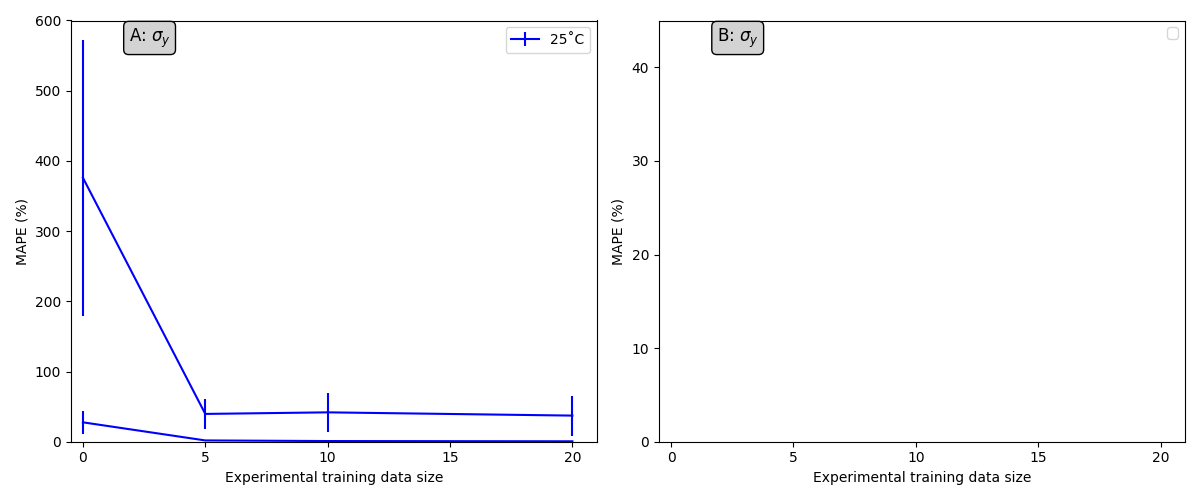
Repository: JoeSpencer1/NN_TiAlTa
Script's output: python src/figures.py
An editor plug-in stored every save of this project. The script's output is shown before and after the next save, followed by the edit.
Random numbers start from a fixed seed.

Above is the script's output before, as saved 2024-01-16 14:05:17.

### src/figures.py
import matplotlib.pyplot as plt
import numpy as np
import pandas as pd

'''
n = [1, 2, 3, 4, 5, 10, 20]
n1 = n
# 25˚C
Ti25E = [18.619205, 6.8593493, 6.0983825, 6.091887, 5.298505, 5.2244196, 3.6239312]
εTi25E = [1.6743975, 2.5646875, 1.9379541, 1.4813129, 1.9537387, 1.9212662, 2.01604]
Ti25σ = [34.068943, 18.617916, 43.272, 23.271488, 21.895184, 19.204937, 34.49958]
εTi25σ = [24.325975, 18.127224, 33.714092, 22.803173, 17.10482, 17.321714, 36.6192]
# 250˚C
Ti250E = [70.95709, 7.5985556, 8.114405, 1.6784289, 2.1151547, 1.8030748, 1.7651669]
εTi250E = [31.052818, 10.786752, 13.492649, 1.3040054, 1.0622171, 1.1414853, 1.182222]
Ti250σ = [261.21823, 25.825928, 49.60928, 17.916042, 17.266216, 16.254345, 47.430775]
εTi250σ = [270.2345, 23.495884, 65.91791, 15.266485, 21.114838, 16.953184, 59.20635]
# 500˚C/250˚C
Ti500E = [46.683464, 38.522774, 24.701038, 22.080563, 22.1474, 21.659185, 16.620623]
εTi500E = [6.765701, 10.513843, 11.301726, 10.384357, 9.72246, 11.2682905, 11.029994]
Ti500σ = [84.67531, 105.72215, 45.78838, 69.46997, 60.99529, 55.9422, 49.83204]
εTi500σ = [46.46603, 74.18298, 39.670254, 57.913757, 35.607227, 45.5547, 38.628445]
# 25˚C/250˚C
Ti25250E = [41.319565, 34.81656, 33.59124, 31.09554, 33.010456, 32.823563, 40.46569]
εTi25250E = [1.6541697, 6.365257, 4.6176863, 2.6873071, 3.4111104, 2.5400345, 8.93229]
Ti25250σ = [168.42062, 67.375565, 123.53137, 152.6323, 187.2847, 97.121, 52.3555]
εTi25250σ = [240.32188, 32.01899, 141.78886, 136.91542, 330.77194, 63.82302, 58.671406]

fig, (ax1, ax2) = plt.subplots(1, 2, figsize=(12, 5))
ax1.errorbar(n, Ti25E, yerr = εTi25E, color = 'blue', label = "25˚C")
ax1.errorbar(n, Ti250E, yerr = εTi250E, color = 'red', label = "250˚C")
ax1.set_yscale('log')
ax1.set_ylim([0.5, 200])
ax1.set_xlim([0, 21])
ax1.set_xticks([0, 5, 10, 15, 20])
ax1.set_yticks([1, 3, 10, 30, 100])
ax1.set_yticklabels([1, 3, 10, 30, 100])
ax1.legend()
ax1.set_ylabel("MAPE (%)")
ax1.set_xlabel("Experimental training data size")
ax1.annotate("A: $E_{r}$", xy=(0.15, 0.95), xycoords="axes fraction",
              fontsize=12, ha="center",
              bbox=dict(boxstyle="round,pad=0.3", edgecolor="black", facecolor="lightgray"))

ax2.errorbar(n1, Ti25σ, yerr = εTi25σ, color = 'blue', label = "25˚C")
ax2.errorbar(n1, Ti250σ, yerr = εTi250σ, color = 'red', label = "25˚C")
ax2.set_yscale('log')
ax2.set_ylim([10, 600])
ax2.set_xlim([-0.5, 21])
ax2.set_xticks([0, 5, 10, 15, 20])
ax2.set_yticks([10, 20, 50, 100, 200, 500])
ax2.set_yticklabels([10, 20, 50, 100, 200, 500])
ax2.legend()
ax2.set_ylabel("MAPE (%)")
ax2.set_xlabel("Experimental training data size")
plt.subplots_adjust(bottom=0.180)
fig.tight_layout()
ax2.annotate("B: $\sigma_{y}$", xy=(0.15, 0.95), xycoords="axes fraction",
              fontsize=12, ha="center",
              bbox=dict(boxstyle="round,pad=0.3", edgecolor="black", facecolor="lightgray"))
plt.savefig("/Users/Joe/Desktop/figure1.jpeg", dpi=800, bbox_inches="tight")
plt.show()
'''
'''
fig, (ax1, ax2) = plt.subplots(1, 2, figsize=(12, 5))
ax1.errorbar(n, Ti25250E, yerr = εTi25250E, color = 'blue', label = "25˚C")
ax1.errorbar(n, Ti250E, yerr = εTi250E, color = 'red', label = "250˚C")
ax1.errorbar(n, Ti500E, yerr = εTi500E, color = 'black', label = "500˚C")
ax1.set_yscale('log')
ax1.set_ylim([0.5, 200])
ax1.set_xlim([0, 21])
ax1.set_xticks([0, 5, 10, 15, 20])
ax1.set_yticks([1, 3, 10, 30, 100])
ax1.set_yticklabels([1, 3, 10, 30, 100])
ax1.legend()
ax1.set_ylabel("MAPE (%)")
ax1.set_xlabel("Experimental training data size")
ax1.annotate("A: $E_{r}$ (250˚C)", xy=(0.15, 0.95), xycoords="axes fraction",
              fontsize=12, ha="center",
              bbox=dict(boxstyle="round,pad=0.3", edgecolor="black", facecolor="lightgray"))

ax2.errorbar(n1, Ti25250σ, yerr = εTi25250σ, color = 'blue', label = "25˚C")
ax2.errorbar(n1, Ti250σ, yerr = εTi250σ, color = 'red', label = "250˚C")
ax2.errorbar(n1, Ti500σ, yerr = εTi500σ, color = 'black', label = "500˚C")
ax2.set_yscale('log')
ax2.set_ylim([10, 600])
ax2.set_xlim([-0.5, 21])
ax2.set_xticks([0, 5, 10, 15, 20])
ax2.set_yticks([10, 20, 50, 100, 200, 500])
ax2.set_yticklabels([10, 20, 50, 100, 200, 500])
ax2.legend()
ax2.set_ylabel("MAPE (%)")
ax2.set_xlabel("Experimental training data size")
plt.subplots_adjust(bottom=0.180)
fig.tight_layout()
ax2.annotate("B: $\sigma_{y}$ (250˚C)", xy=(0.15, 0.95), xycoords="axes fraction",
              fontsize=12, ha="center",
              bbox=dict(boxstyle="round,pad=0.3", edgecolor="black", facecolor="lightgray"))
plt.savefig("/Users/Joe/Desktop/figure2.jpeg", dpi=800, bbox_inches="tight")
plt.show()
'''
'''
n = [1, 2, 3, 4, 5, 10, 20]
n1 = n
# 25˚C
Ti750E = [154.16795, 25.680262, 10.1573925, 7.744658, 5.137566, 2.6173031, 1.9064773]
εTi750E = [158.71921, 47.042423, 6.292157, 5.007044, 6.3082805, 1.3194628, 1.7983129]
Ti750σ = [537.51544, 187.94482, 16.950771, 38.089996, 26.567835, 22.038841, 34.741573]
εTi750σ = [822.8985, 455.4716, 22.714993, 39.45992, 35.60631, 25.618887, 42.27451]
# 250˚C
Ti25250500E = [44.90654, 41.499107, 39.673485, 39.662952, 38.275635, 44.390118, 45.897182]
εTi25250500E = [4.357474, 8.017073, 4.3895893, 5.539613, 4.685218, 15.8127165, 15.998017]
Ti25250500σ = [326.08405, 180.70842, 192.22061, 246.42114, 166.95808, 277.3227, 243.02325]
εTi25250500σ = [507.5874, 199.93362, 193.73439, 199.61105, 132.54443, 372.73825, 322.32126]

fig, (ax1, ax2) = plt.subplots(1, 2, figsize=(12, 5))
ax1.errorbar(n, Ti25250500E, yerr = εTi25250500E, color = 'blue', label = "25$^{\circ}$C, 250$^{\circ}$C, 500$^{\circ}$C")
ax1.errorbar(n, Ti750E, yerr = εTi750E, color = 'red', label = "750˚C")
ax1.set_yscale('log')
ax1.set_ylim([0.5, 300])
ax1.set_xlim([0, 21])
ax1.set_xticks([0, 5, 10, 15, 20])
ax1.set_yticks([1, 3, 10, 30, 100])
ax1.set_yticklabels([1, 3, 10, 30, 100])
ax1.legend()
ax1.set_ylabel("MAPE (%)")
ax1.set_xlabel("Experimental training data size")
ax1.annotate("A: $E_{r}$ (750$^{\circ}$C)", xy=(0.15, 0.95), xycoords="axes fraction",
              fontsize=12, ha="center",
              bbox=dict(boxstyle="round,pad=0.3", edgecolor="black", facecolor="lightgray"))

ax2.errorbar(n1, Ti25250500σ, yerr = εTi25250500σ, color = 'blue', label = "25$^{\circ}$C, 250$^{\circ}$C, 500$^{\circ}$C")
ax2.errorbar(n1, Ti750σ, yerr = εTi750σ, color = 'red', label = "750˚C")
ax2.set_yscale('log')
ax2.set_ylim([10, 1300])
ax2.set_xlim([-0.5, 21])
ax2.set_xticks([0, 5, 10, 15, 20])
ax2.set_yticks([10, 20, 50, 100, 200, 500])
ax2.set_yticklabels([10, 20, 50, 100, 200, 500])
ax2.legend()
ax2.set_ylabel("MAPE (%)")
ax2.set_xlabel("Experimental training data size")
plt.subplots_adjust(bottom=0.180)
fig.tight_layout()
ax2.annotate("B: $\sigma_{y}$ (750$^{\circ}$C)", xy=(0.15, 0.95), xycoords="axes fraction",
              fontsize=12, ha="center",
              bbox=dict(boxstyle="round,pad=0.3", edgecolor="black", facecolor="lightgray"))
plt.savefig("/Users/Joe/Desktop/figure3.jpeg", dpi=800, bbox_inches="tight")
plt.show()
'''
'''
Bqx = [0.125, 0.25, 0.5]
Bqy = [0.003352735, 0.013410939, 0.140242188]
Blx = [0.125, 0.25, 0.5]
Bly = [0.032266477, 0.12906591, 0.354190574]
Bfx = [0.01, 1.5]
C30x = [0.0125, 0.025, 0.05, 0.1]
C30y = [0.000446987, 0.001787949, 0.008582156, 0.037099946]
C45x = [0.0125, 0.025, 0.05]
C45y = [0.001166093, 0.004664373, 0.017291087]
C60x = [0.0125, 0.025, 0.05, 0.1]
C60y = [0.004029647, 0.016118587, 0.049746948, 0.17236334]
Cfx = [0.0001, 1]
def equation(x, y, eqx):
    l = len(x) - 1
    p = np.log10(y[l]/y[0])/np.log10(x[l]/x[0])
    C = 0
    for i in range(len(x)):
        C += y[i]/(len(x)*x[i]**p)
    print('C = ', C)
    print('p = ', p)
    eqy = [0, 0]
    for i in range(2):
        eqy[i] = C * eqx[i] ** p
    return eqy
Cf30 = equation(C30x, C30y, Cfx)
Cf45 = equation(C45x, C45y, Cfx)
Cf60 = equation(C60x, C60y, Cfx)
Bfq = equation(Bqx, Bqy, Bfx)
Bfl = equation(Blx, Bly, Bfx)

fig, ax = plt.subplots()
ax.scatter(C30x, C30y, color='blue', marker='s', label='30˚: $||e||_{L_{2}}=4.95h^{2.13}$')
ax.scatter(C45x, C45y, color='black', marker='o', facecolor='none', label='45˚: $||e||_{L_{2}}=5.87h^{1.95}$')
ax.scatter(C60x, C60y, color='red', marker='x', label='60˚: $||e||_{L_{2}}=11.03h^{1.81}$')
ax.plot(Cfx, Cf30, linestyle="--", color='blue')
ax.plot(Cfx, Cf45, linestyle="--", color='black')
ax.plot(Cfx, Cf60, linestyle="--", color='red')
ax.set_xlabel('Element length (μm)')
ax.set_xscale('log')
ax.set_xlim([0.006, 0.2])
ax.set_ylabel('L$_{2}$ error')
ax.set_yscale('log')
ax.set_ylim([0.0003, 0.7])
ax.grid(False)
leg = ax.legend(loc='lower right')
leg.set_title('Conical half-angle')
plt.savefig('/Users/joe/Desktop/figure3.jpeg', dpi=800, bbox_inches="tight")
plt.show()

fig, ax = plt.subplots()
ax.scatter(Blx, Bly, color='blue', marker='s', label='Linear: $||e||_{L_{2}}=1.17h^{1.73}$')
ax.scatter(Bqx, Bqy, color='black', marker='o', facecolor='none', label='Quadratic: $||e||_{L_{2}}=0.91h^{2.69}$')
ax.plot(Bfx, Bfl, linestyle="--", color='blue')
ax.plot(Bfx, Bfq, linestyle="--", color='black')
ax.set_xlabel('Element length (μm)')
ax.set_xscale('log')
ax.set_xlim([0.05, 1])
ax.set_ylabel('L$_{2}$ error')
ax.set_yscale('log')
ax.set_ylim([0.001, 1])
ax.grid(False)
leg = ax.legend(loc='lower right')
leg.set_title('Element order')
plt.savefig('/Users/joe/Desktop/figure4.jpeg', dpi=800, bbox_inches="tight")
plt.show()
'''
'''
df = pd.read_csv('../data/model/compare.csv', skiprows=1)
fig, ax = plt.subplots()
ax.plot(df['Depth (nm)'], df['Load (uN)'], linewidth=0.3, color='gray', zorder=1, label='Experimental results')
ax.plot(df['Depth0 (nm)'], df['Load0 (uN)'], linewidth=0.3, color='gray', zorder=1)
ax.plot(df['Depth2 (nm)'], df['Load2 (uN)'], linewidth=0.3, color='gray', zorder=1)
ax.plot(df['Depth3 (nm)'], df['Load3 (uN)'], color='gray', linewidth=0.3, zorder=1)
ax.plot(df['Depth4 (nm)'], df['Load4 (uN)'], color='gray', linewidth=0.3, zorder=1)
ax.plot(df['Depth5 (nm)'], df['Load5 (uN)'], color='gray', linewidth=0.3, zorder=1)
ax.plot(df['Depth6 (nm)'], df['Load6 (uN)'], color='gray', linewidth=0.3, zorder=1)
ax.plot(df['Depth7 (nm)'], df['Load7 (uN)'], color='gray', linewidth=0.3, zorder=1)
ax.plot(df['Depth8 (nm)'], df['Load8 (uN)'], color='gray', linewidth=0.3, zorder=1)
ax.plot(df['Depth9 (nm)'], df['Load9 (uN)'], color='gray', linewidth=0.3, zorder=1)
ax.plot(df['Depth10 (nm)'], df['Load10 (uN)'], color='gray', linewidth=0.3, zorder=1)
ax.plot(df['Depth11 (nm)'], df['Load11 (uN)'], color='gray', linewidth=0.3, zorder=1)
ax.plot(df['Depth12 (nm)'], df['Load12 (uN)'], color='gray', linewidth=0.3, zorder=1)
ax.plot(df['Depth13 (nm)'], df['Load13 (uN)'], color='gray', linewidth=0.3, zorder=1)
ax.plot(df['Depth14 (nm)'], df['Load14 (uN)'], color='gray', linewidth=0.3, zorder=1)
ax.plot(df['Depth15 (nm)'], df['Load15 (uN)'], color='gray', linewidth=0.3, zorder=1)
ax.plot(df['Depth16 (nm)'], df['Load16 (uN)'], color='gray', linewidth=0.3, zorder=1)
ax.plot(df['Depth17 (nm)'], df['Load17 (uN)'], color='gray', linewidth=0.3, zorder=1)
ax.plot(df['Depth18 (nm)'], df['Load18 (uN)'], color='gray', linewidth=0.3, zorder=1)
ax.plot(df['Depth19 (nm)'], df['Load19 (uN)'], color='gray', linewidth=0.3, zorder=1)
ax.plot(df['Depth20 (nm)'], df['Load20 (uN)'], color='gray', linewidth=0.3, zorder=1)
ax.plot(df['Depth21 (nm)'], df['Load21 (uN)'], color='gray', linewidth=0.3, zorder=1)
ax.plot(df['Depth22 (nm)'], df['Load22 (uN)'], color='gray', linewidth=0.3, zorder=1)
ax.plot(df['Depth23 (nm)'], df['Load23 (uN)'], color='gray', linewidth=0.3, zorder=1)
ax.plot(df['Depth24 (nm)'], df['Load24 (uN)'], color='gray', linewidth=0.3, zorder=1)
ax.scatter(df['hm (nm)'], df['F (uN)'], color='blue', marker='.', zorder=2, label='3D FEM simulation')
ax.set_xlabel('Indenter depth (nm)')
ax.set_xlim([0, 275])
ax.set_ylabel('Load (μN)')
ax.set_ylim([0, 11000])
ax.grid(False)
leg = ax.legend()
plt.savefig('/Users/joe/Desktop/figure5.jpeg', dpi=800, bbox_inches="tight")
plt.show()
'''

n = [0, 5, 10, 20]
threeσ = [376.0572733054678, 39.5938033843615, 41.8456251546561, 37.20982506131551]
εthreeσ = [196.86908836541178, 21.68148559652081, 28.00063811133066, 28.472024602496692]
threeE = [27.637875079481226, 1.8371707313939147, 0.9618014686986018, 0.6094185678582443]
εthreeE = [16.76186263408408, 0.7040937053244141, 0.5416984171832155, 0.1433441723448427]
FEAExpσ = []
εFEAExpσ = []
FEAExpE = []
εFEAExpE = []
BerExpσ = []
εBerExpσ = []
BerExpE = []
εBerExpE = []

fig, (ax1, ax2) = plt.subplots(1, 2, figsize=(12, 5))
ax1.errorbar(n, threeσ, yerr = εthreeσ, color = 'blue', label = "25˚C")
ax1.set_yscale('linear')
ax1.set_ylim([0, 600])
ax1.set_xlim([-0.5, 21])
ax1.set_xticks([0, 5, 10, 15, 20])
ax1.set_yticks([0, 100, 200, 300, 400, 500, 600])
ax1.set_yticklabels([0, 100, 200, 300, 400, 500, 600])
ax1.legend()
ax1.set_ylabel("MAPE (%)")
ax1.set_xlabel("Experimental training data size")
ax1.annotate("A: $\sigma_{y}$", xy=(0.15, 0.95), xycoords="axes fraction",
              fontsize=12, ha="center",
              bbox=dict(boxstyle="round,pad=0.3", edgecolor="black", facecolor="lightgray"))

ax1.errorbar(n, threeE, yerr = εthreeE, color = 'blue', label = "25˚C")
ax2.set_yscale('linear')
ax2.set_ylim([0, 45])
ax2.set_xlim([-0.5, 21])
ax2.set_xticks([0, 5, 10, 15, 20])
ax2.set_yticks([0, 10, 20, 30, 40])
ax2.set_yticklabels([0, 10, 20, 30, 40])
ax2.legend()
ax2.set_ylabel("MAPE (%)")
ax2.set_xlabel("Experimental training data size")
plt.subplots_adjust(bottom=0.180)
fig.tight_layout()
ax2.annotate("B: $\sigma_{y}$", xy=(0.15, 0.95), xycoords="axes fraction",
              fontsize=12, ha="center",
              bbox=dict(boxstyle="round,pad=0.3", edgecolor="black", facecolor="lightgray"))
plt.savefig("/Users/Joe/Desktop/figure1.jpeg", dpi=800, bbox_inches="tight")
plt.show()

After the next save:
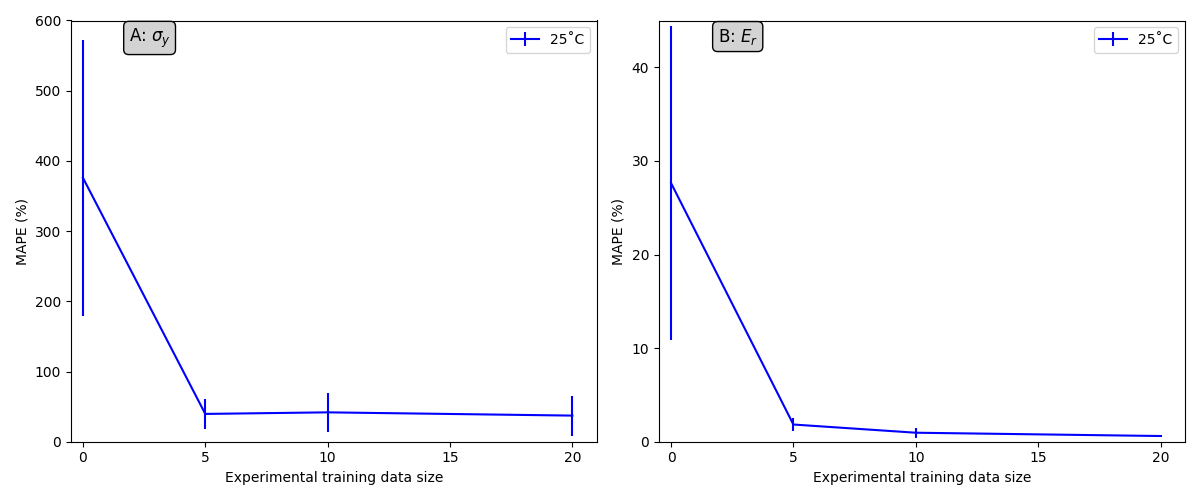
Saved 86 s later.
--- a/src/figures.py
+++ b/src/figures.py
@@ -283,7 +283,7 @@ ax1.annotate("A: $\sigma_{y}$", xy=(0.15, 0.95), xycoords="axes fraction",
               fontsize=12, ha="center",
               bbox=dict(boxstyle="round,pad=0.3", edgecolor="black", facecolor="lightgray"))
 
-ax1.errorbar(n, threeE, yerr = εthreeE, color = 'blue', label = "25˚C")
+ax2.errorbar(n, threeE, yerr = εthreeE, color = 'blue', label = "25˚C")
 ax2.set_yscale('linear')
 ax2.set_ylim([0, 45])
 ax2.set_xlim([-0.5, 21])
@@ -295,7 +295,7 @@ ax2.set_ylabel("MAPE (%)")
 ax2.set_xlabel("Experimental training data size")
 plt.subplots_adjust(bottom=0.180)
 fig.tight_layout()
-ax2.annotate("B: $\sigma_{y}$", xy=(0.15, 0.95), xycoords="axes fraction",
+ax2.annotate("B: $E_{r}$", xy=(0.15, 0.95), xycoords="axes fraction",
               fontsize=12, ha="center",
               bbox=dict(boxstyle="round,pad=0.3", edgecolor="black", facecolor="lightgray"))
 plt.savefig("/Users/Joe/Desktop/figure1.jpeg", dpi=800, bbox_inches="tight")
